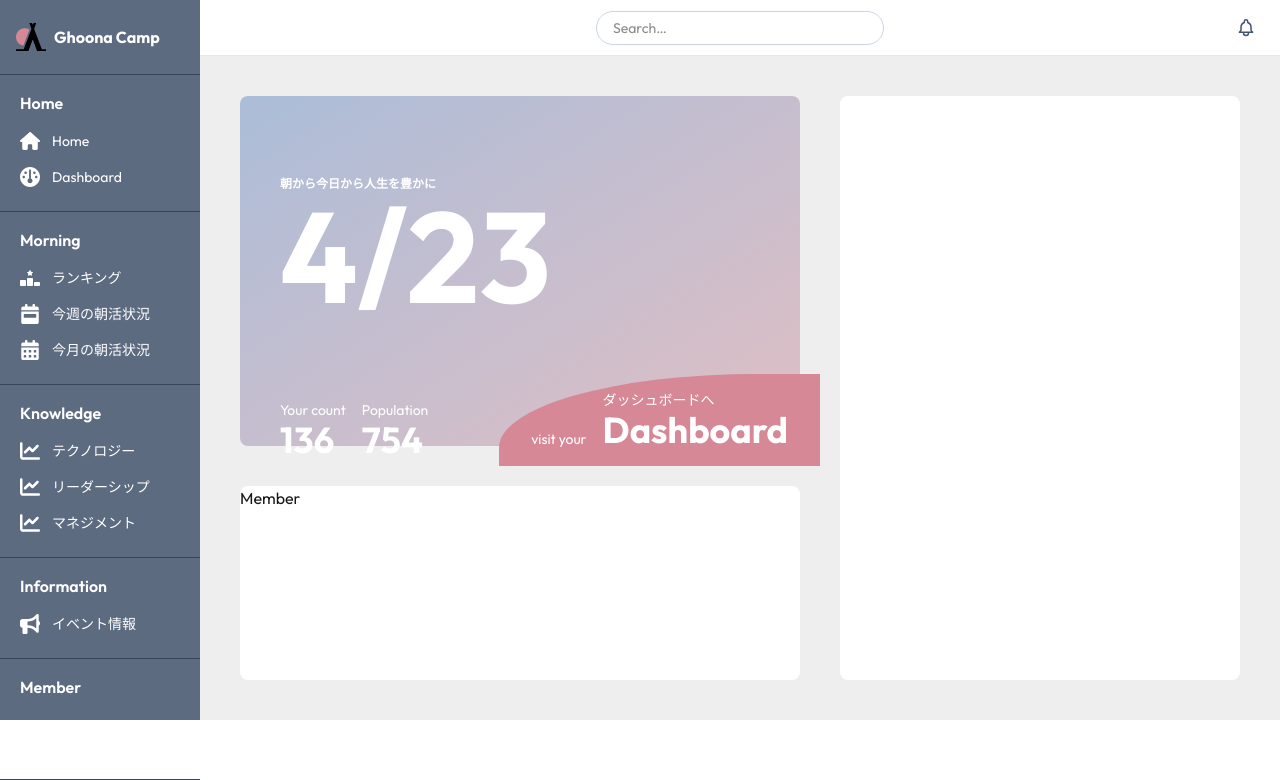
Repository: ShotaGhoona/ghoonacamp_platform
Page: /home
The author's editor kept a copy of each file at every save. The page is drawn from the files as they stood at one save, then again after the next save.
The browser window is 1280 px wide. The pictures show the whole page.
The page's requests for data from a server got no answer. The project was rebuilt for these pictures with package versions that can differ from the ones it lists, and the page was loaded fresh each time. The framework's server and built-in components were replaced by stand-ins that run in the browser. No one was signed in, and anything a server would have sent is missing. Also part of the build but not shown: next.config.js.

Above is the page before, as saved 2025-04-25 12:57:32.

### src/app/layout.tsx
import type { Metadata } from 'next';
import { Outfit } from 'next/font/google';
import './globals.css';
import Sidebar from '@/components/display/sidebar';
import Header from '@/components/display/header';
import { AuthProvider } from './providers';

const outfit = Outfit({ subsets: ['latin'] });

export const metadata: Metadata = {
  title: 'Ghoona Camp',
  description: 'Ghoona Camp Platform',
};

export default function RootLayout({
  children,
}: {
  children: React.ReactNode;
}) {
  return (
    <html lang="ja">
      <body className={outfit.className}>
        <AuthProvider>
          <div className="flex">
            <div className="w-[200px] transition-all duration-300">
              <Sidebar />
            </div>
            <div className="flex-1 flex flex-col min-h-screen">
              <Header />
              <main className=" bg-[#EEEEEE] flex-1 px-10 py-10">{children}</main>
            </div>
          </div>
        </AuthProvider>
      </body>
    </html>
  );
}

### src/app/home/page.tsx
import IndexPage from "@/features/home/home/display/index";

export default function Home() {
  return (
    <IndexPage />
  );
}

### src/components/display/sidebar.tsx
'use client';

import Link from 'next/link';
import { usePathname } from 'next/navigation';
import clsx from 'clsx';

const groups: { title: string; links: { href: string; label: string; icon: string }[] }[] = [
  {
    title: 'Home',
    links: [
      { href: '/home', label: 'Home', icon: '/svg/sidebarIcon/home.svg' },
      { href: '/home/dashboard', label: 'Dashboard', icon: '/svg/sidebarIcon/dashboard.svg' },
    ],
  },
  {
    title: 'Morning',
    links: [
      { href: '/morning/ranking', label: 'ランキング', icon: '/svg/sidebarIcon/ranking.svg' },
      { href: '/morning/weekend', label: '今週の朝活状況', icon: '/svg/sidebarIcon/week.svg' },
      { href: '/morning/month', label: '今月の朝活状況', icon: '/svg/sidebarIcon/month.svg' },
    ],
  },
  {
    title: 'Knowledge',
    links: [
      { href: '/knowledge/tech', label: 'テクノロジー', icon: '/svg/sidebarIcon/analysis.svg' },
      { href: '/knowledge/leadership', label: 'リーダーシップ', icon: '/svg/sidebarIcon/analysis.svg' },
      { href: '/knowledge/management', label: 'マネジメント', icon: '/svg/sidebarIcon/analysis.svg' },
    ],
  },
  {
    title: 'Information',
    links: [{ href: '/information/events', label: 'イベント情報', icon: '/svg/sidebarIcon/externalEvents.svg' }],
  },
  {
    title: 'Member',
    links: [{ href: '/members', label: 'GhoonaCamper一覧', icon: '/svg/sidebarIcon/analysis.svg' }],
  },
];

export default function Sidebar() {
  const pathname = usePathname();

  return (
    <aside className="w-full h-screen bg-[#5D6B80] text-white">
      <div className="flex items-center gap-2 h-[75px] px-4 border-b border-[#374559]">
        <img src="/svg/logo.svg" alt="Ghoona Camp" className="w-[30px] h-[30px]" />
        <span className="font-bold">Ghoona Camp</span>
      </div>

      <nav>
        {groups.map((g) => (
          <div key={g.title} className="border-b border-[#374559] px-[20px] py-4">
            <p className="text-base font-semibold mb-2">
              {g.title}
            </p>
            {g.links.map((l) => (
              <Link
                key={l.href}
                href={l.href}
                className={clsx(
                  'flex items-center gap-3 py-2 text-sm',
                  pathname === l.href
                    ? 'bg-primary text-white'
                    : 'hover:bg-slate-600'
                )}
              >
                <img src={l.icon} alt={l.label} className="w-[20px] h-[20px]" />
                <span>{l.label}</span>
              </Link>
            ))}
          </div>
        ))}
      </nav>
    </aside>
  );
}

### src/components/display/header.tsx
'use client';

import Image from 'next/image';
import { useSession } from 'next-auth/react';

export default function Header() {
  const { data: session } = useSession();

  return (
    <header className="flex items-center justify-between h-14 px-6 border-b border-slate-200 bg-white">
      {/* 空白をあけて中央に検索バーを置くレイアウト */}
      <div className="flex-1" />

      <div className="flex-1 flex justify-center">
        {/* ダミー検索バー */}
        <input
          type="text"
          placeholder="Search…"
          className="w-72 rounded-full border border-slate-300 px-4 py-1.5 text-sm focus:outline-primary"
        />
      </div>

      <div className="flex-1 flex justify-end items-center gap-4">
        {/* 通知ベルなど置く予定ならここ */}
        <button className="relative">
          <span className="sr-only">Notifications</span>
          <svg
            className="w-5 h-5 text-slate-600"
            fill="none"
            stroke="currentColor"
            strokeWidth={1.8}
            viewBox="0 0 24 24"
          >
            <path
              strokeLinecap="round"
              strokeLinejoin="round"
              d="M15 17h5l-1.405-1.405A2.032 2.032 0 0118 14.158V11a6.002 6.002 0 00-4-5.659V4a2 2 0 10-4 0v1.341C7.67 6.165 6 8.388 6 11v3.159c0 .538-.214 1.055-.595 1.436L4 17h5m6 0v1a3 3 0 11-6 0v-1m6 0H9"
            />
          </svg>
        </button>

        {/* ユーザー情報 */}
        {session?.user && (
          <div className="flex items-center gap-3">
            <span className="text-sm font-medium text-slate-700">
              {session.user.name}
            </span>
            <Image
              src={session.user.image || "/avatar-placeholder.png"}
              alt={session.user.name || "Avatar"}
              width={32}
              height={32}
              className="rounded-full ring-1 ring-slate-300"
            />
          </div>
        )}
      </div>
    </header>
  );
}

### src/features/home/home/display/index.tsx

// コンポーネント
import Hero from "./hero";
import Member from "./member";
export default function IndexPage() {
  return (
    <div className="flex gap-10 h-full">
      <div className="flex-1 flex flex-col gap-10 h-full rounded-lg">
        <div className="flex flex-col bg-gradient-to-br from-[#ABBDD8] to-[#DFBEC4] h-[60%] rounded-lg">
          <Hero />
        </div>
        <div className="w-full h-[40%] bg-white rounded-lg">
          <Member />
        </div>
      </div>
      <div className="w-[400px] h-full bg-white rounded-lg">

      </div>
    </div>
  );
}

### src/features/home/home/display/hero.tsx
// コンポーネント
import CornerCta from "../components/cornerCta";

export default function Hero() {
  return (
    <div className="w-full h-full p-10 flex justify-between relative">
      <div className="flex-1 text-white mt-10">
        <p className="text-xs font-bold">朝から今日から人生を豊かに</p>
        <p className="text-9xl font-bold">4/23</p>
        <div className="mt-20 flex gap-4">
          <div>
            <p className="text-sm">Your count</p>
            <p className="text-4xl font-bold">136</p>
          </div>
          <div>
            <p className="text-sm">Population</p>
            <p className="text-4xl font-bold">754</p>
          </div>
        </div>
      </div>
      <div className="absolute -bottom-5 -right-5 flex flex-col gap-4">
        <CornerCta  color="D68897"  text="Dashboard"  subText="ダッシュボードへ"/>
      </div>
    </div>
  );
}

### src/features/home/home/display/member.tsx
export default function Member() {
  return (
    <div>
      <h1>Member</h1>
    </div>
  );
}

### src/features/home/home/components/cornerCta.tsx
export default function CornerCta(
    { color, text, subText }: { color: string; text: string; subText: string }
) {
  return (
    <div
      style={{ backgroundColor: `#${color}` }}
      className="px-8 py-4 rounded-tl-[80%] text-white flex items-end gap-4 cursor-pointer hover:opacity-90 transition-opacity"
    >
        <div>
            <span className="text-sm">visit your</span>
        </div>
        <div className="flex flex-col">
            <span className="text-sm">{subText}</span>
            <span className="text-4xl font-bold">{text}</span>
        </div>
    </div>
  );
}

Loaded but not shown: src/app/globals.css (common file); src/app/providers.tsx (common file)

After the next save:
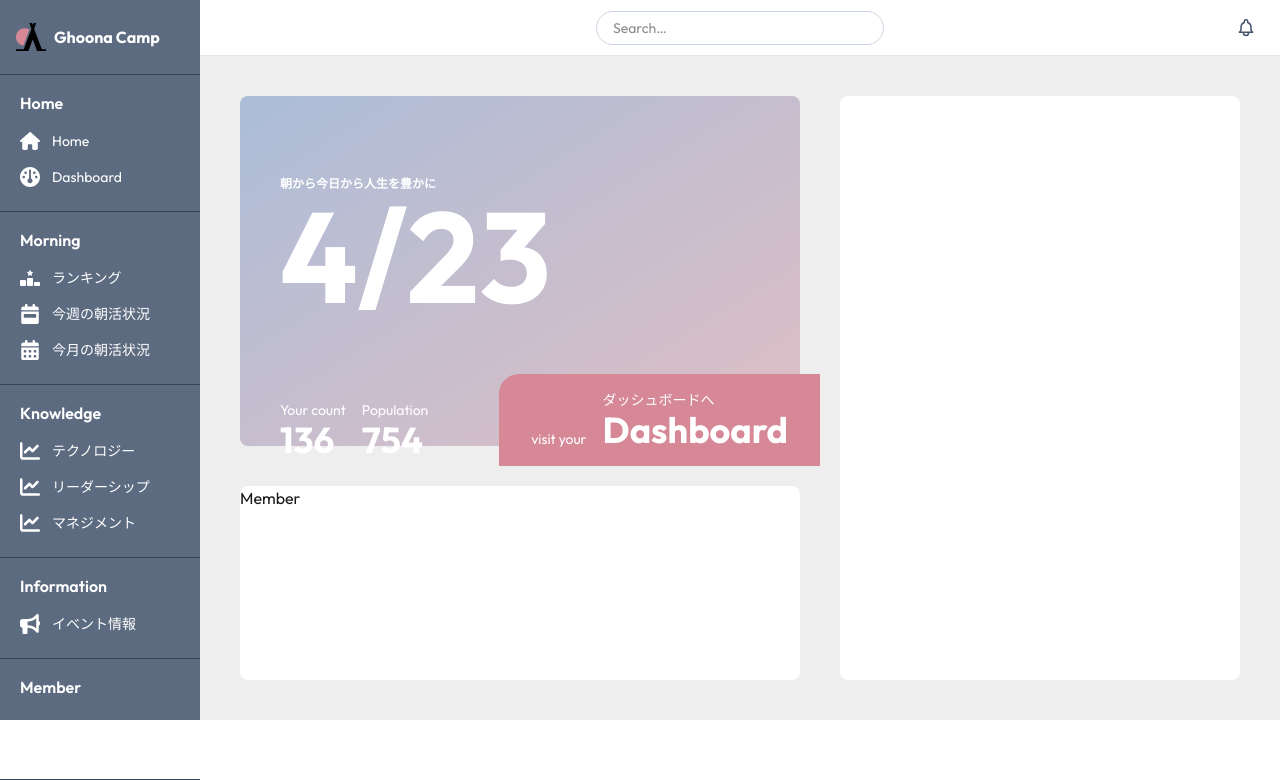
Saved 7 s later.
--- a/src/features/home/home/components/cornerCta.tsx
+++ b/src/features/home/home/components/cornerCta.tsx
@@ -4,7 +4,7 @@ export default function CornerCta(
   return (
     <div
       style={{ backgroundColor: `#${color}` }}
-      className="px-8 py-4 rounded-tl-[80%] text-white flex items-end gap-4 cursor-pointer hover:opacity-90 transition-opacity"
+      className="px-8 py-4 rounded-tl-[20px] text-white flex items-end gap-4 cursor-pointer hover:opacity-90 transition-opacity"
     >
         <div>
             <span className="text-sm">visit your</span>
